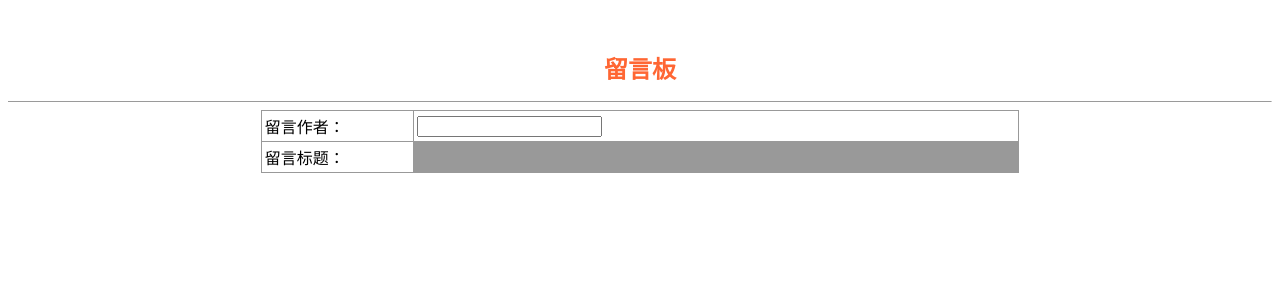
Repository: frankstar007/java
Page: http://localhost/CommentBoard/comment1.jsp
These files come from the project's save history. The page is drawn as it stood at one moment and after the next save; the edit follows.
The browser window is 1280 px wide. The pictures show the whole page.
The page is served by Tomcat 9.

Above is the page before, as saved 2016-05-12 08:42:29.

After the next save:
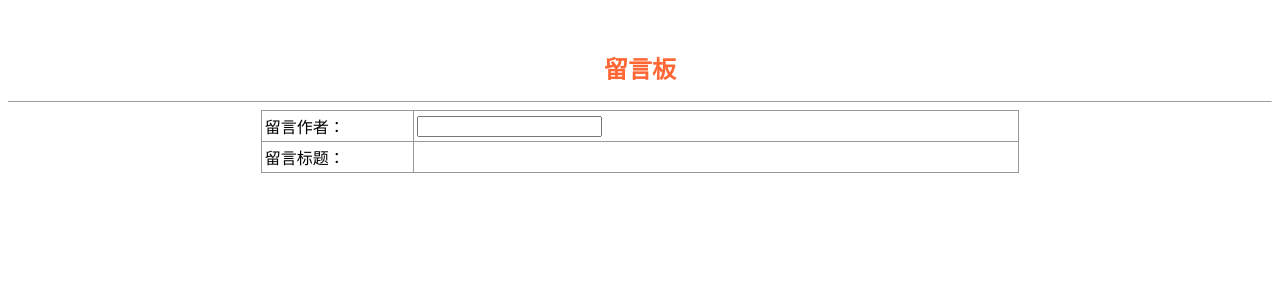
Saved 13 s later.
--- a/CommentBoard/WebContent/comment1.jsp
+++ b/CommentBoard/WebContent/comment1.jsp
@@ -29,6 +29,7 @@
 			</tr>
 			<tr bgcolor="#FFFFFF">
 				<td width="20%">留言标题：</td>
+				<td width="80%">
 		</table>
 
 	</form>
